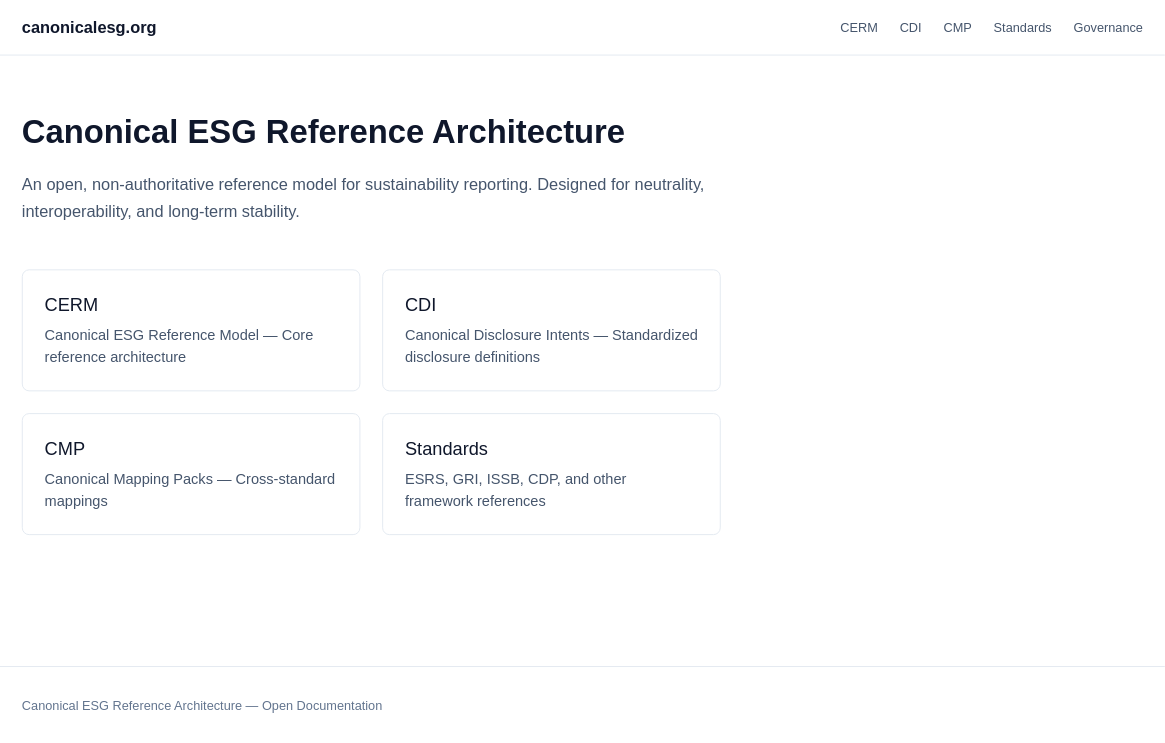
Repository: udaysxd/canonicalesg
Page: /
The author's editor kept a copy of each file at every save. The page is drawn from the files as they stood at one save, then again after the next save.
The browser window is 1280 px wide. The pictures show the whole page, at 91% of full size.
The project was rebuilt for these pictures with package versions that can differ from the ones it lists, and the page was loaded fresh each time. The framework's server and built-in components were replaced by stand-ins that run in the browser. Also part of the build but not shown: next.config.ts.

Above is the page before, as saved 2026-02-01 22:36:15.

After the next save:
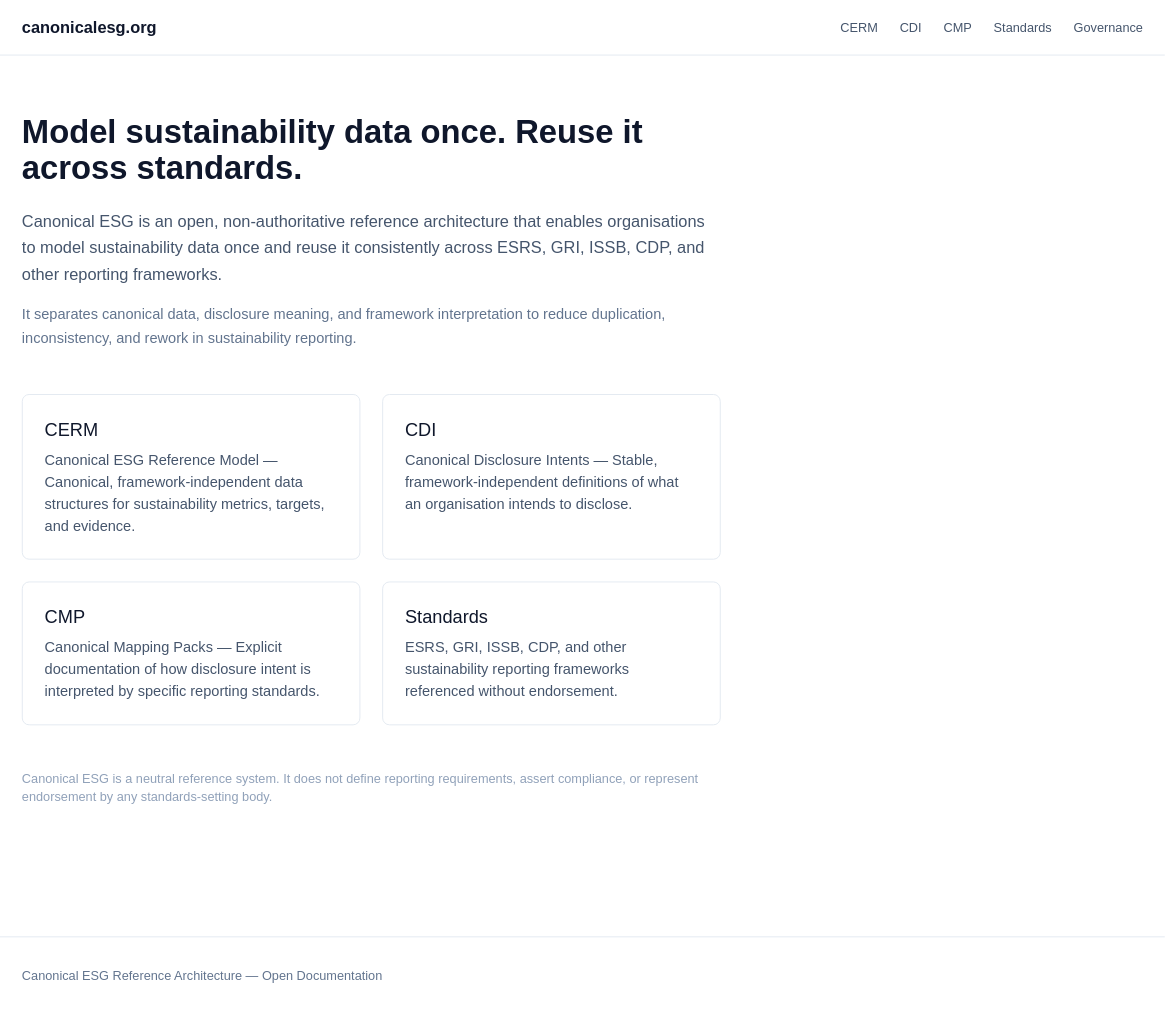
Saved 22 min 35 s later.
--- a/src/app/page.tsx
+++ b/src/app/page.tsx
@@ -3,31 +3,37 @@ export default function Home() {
     <main className="max-w-7xl mx-auto px-6 py-16">
       <div className="max-w-3xl">
         <h1 className="text-4xl font-semibold text-slate-900 mb-6">
-          Canonical ESG Reference Architecture
+          Model sustainability data once. Reuse it across standards.
         </h1>
-        <p className="text-lg text-slate-600 mb-8 leading-relaxed">
-          An open, non-authoritative reference model for sustainability reporting.
-          Designed for neutrality, interoperability, and long-term stability.
+        <p className="text-lg text-slate-600 mb-4 leading-relaxed">
+          Canonical ESG is an open, non-authoritative reference architecture that enables organisations to model sustainability data once and reuse it consistently across ESRS, GRI, ISSB, CDP, and other reporting frameworks.
+        </p>
+        <p className="text-base text-slate-500 mb-8 leading-relaxed">
+          It separates canonical data, disclosure meaning, and framework interpretation to reduce duplication, inconsistency, and rework in sustainability reporting.
         </p>
 
         <div className="grid grid-cols-1 md:grid-cols-2 gap-6 mt-12">
           <a href="/cerm" className="block p-6 border border-slate-200 rounded-lg hover:border-slate-300 transition-colors">
             <h2 className="text-xl font-medium text-slate-900 mb-2">CERM</h2>
-            <p className="text-slate-600">Canonical ESG Reference Model — Core reference architecture</p>
+            <p className="text-slate-600">Canonical ESG Reference Model — Canonical, framework-independent data structures for sustainability metrics, targets, and evidence.</p>
           </a>
           <a href="/cdi" className="block p-6 border border-slate-200 rounded-lg hover:border-slate-300 transition-colors">
             <h2 className="text-xl font-medium text-slate-900 mb-2">CDI</h2>
-            <p className="text-slate-600">Canonical Disclosure Intents — Standardized disclosure definitions</p>
+            <p className="text-slate-600">Canonical Disclosure Intents — Stable, framework-independent definitions of what an organisation intends to disclose.</p>
           </a>
           <a href="/cmp" className="block p-6 border border-slate-200 rounded-lg hover:border-slate-300 transition-colors">
             <h2 className="text-xl font-medium text-slate-900 mb-2">CMP</h2>
-            <p className="text-slate-600">Canonical Mapping Packs — Cross-standard mappings</p>
+            <p className="text-slate-600">Canonical Mapping Packs — Explicit documentation of how disclosure intent is interpreted by specific reporting standards.</p>
           </a>
           <a href="/standards" className="block p-6 border border-slate-200 rounded-lg hover:border-slate-300 transition-colors">
             <h2 className="text-xl font-medium text-slate-900 mb-2">Standards</h2>
-            <p className="text-slate-600">ESRS, GRI, ISSB, CDP, and other framework references</p>
+            <p className="text-slate-600">ESRS, GRI, ISSB, CDP, and other sustainability reporting frameworks referenced without endorsement.</p>
           </a>
         </div>
+
+        <p className="text-sm text-slate-400 mt-12">
+          Canonical ESG is a neutral reference system. It does not define reporting requirements, assert compliance, or represent endorsement by any standards-setting body.
+        </p>
       </div>
     </main>
   );
